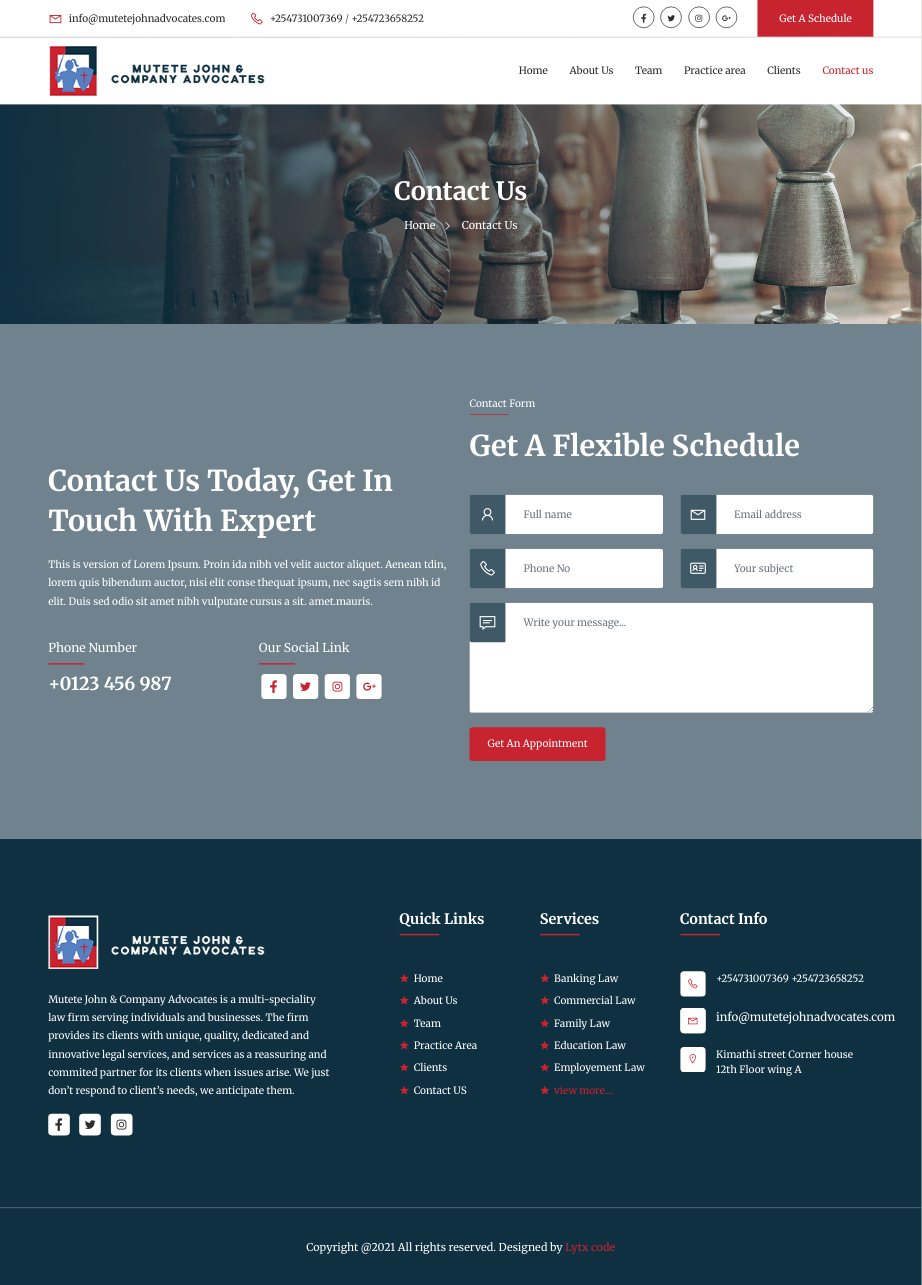
Repository: Samkiroko/mutete_john_website
Page: contact.html
An editor plug-in stored every save of this project. The page is shown before and after the next save, followed by the edit.
The browser window is 1280 px wide. The pictures show the whole page, at 72% of full size.

Above is the page before, as saved 2021-10-13 15:17:21.

After the next save:
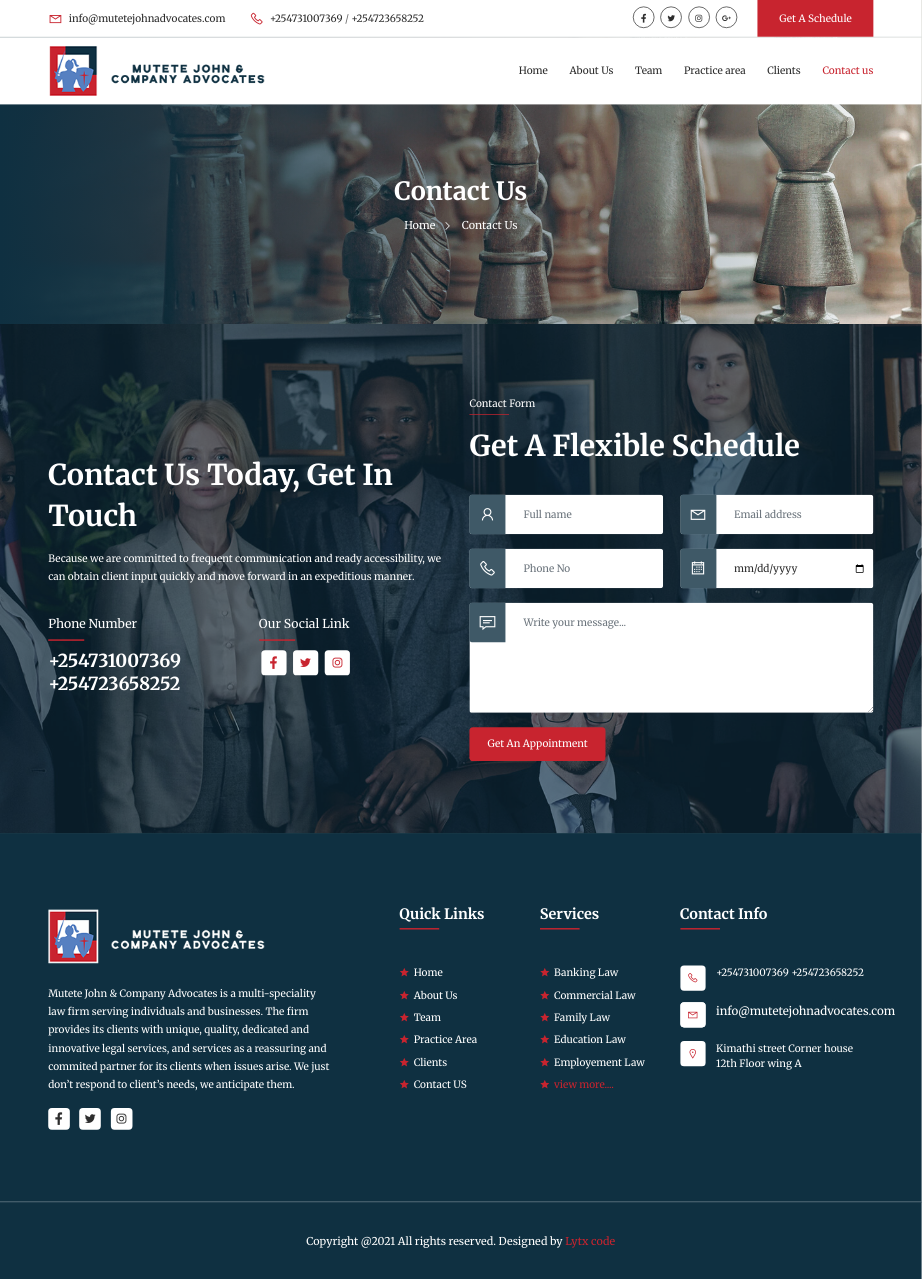
Saved 69 s later.
--- a/contact.html
+++ b/contact.html
@@ -156,22 +156,25 @@
         </div>
     </div>
 
-    <div class="contact-area contact-two ptb-100">
+    <div class="contact-area ptb-100">
         <div class="container">
             <div class="row align-items-center">
                 <div class="col-lg-6">
                     <div class="contact-text">
                         <div class="section-title">
-                            <h2>Contact Us Today, Get In Touch With Expert</h2>
+                            <h2>Contact Us Today, Get In Touch</h2>
                             <p>
-                                This is version of Lorem Ipsum. Proin ida nibh vel velit auctor aliquet. Aenean tdin, lorem quis bibendum auctor, nisi elit conse thequat ipsum, nec sagtis sem nibh id elit. Duis sed odio sit amet nibh vulputate cursus a sit. amet.mauris.
+                                Because we are committed to frequent communication and ready accessibility, we can obtain client input quickly and move forward in an expeditious manner.
                             </p>
                         </div>
                         <div class="row">
                             <div class="col-lg-6">
                                 <div class="contact-card">
                                     <span>Phone Number</span>
-                                    <h3><a href="tel:+0123456987">+0123 456 987</a></h3>
+                                    <h3>
+                                        <a href="tel:+254731007369">+254731007369</a>
+                                        <a href="tel:+254723658252"> +254723658252</a>
+                                    </h3>
                                 </div>
                             </div>
                             <div class="col-lg-6">
@@ -193,11 +196,6 @@
                                                 <i class="lab la-instagram"></i>
                                             </a>
                                         </li>
-                                        <li>
-                                            <a href="#" target="_blank">
-                                                <i class="lab la-google-plus"></i>
-                                            </a>
-                                        </li>
                                     </ul>
                                 </div>
                             </div>
@@ -210,47 +208,40 @@
                         <h2>Get A Flexible Schedule</h2>
                     </div>
                     <div class="contact-form">
-                        <form id="contactForm">
+                        <form>
                             <div class="row">
                                 <div class="col-md-6">
                                     <div class="form-group">
-                                        <input type="text" name="name" class="form-control" id="name" required data-error="Please enter your name" placeholder="Full name" />
-                                        <div class="help-block with-errors"></div>
+                                        <input type="text" name="name" class="form-control" id="name" required placeholder="Full name" />
                                         <i class="las la-user"></i>
                                     </div>
                                 </div>
                                 <div class="col-md-6">
                                     <div class="form-group">
-                                        <input type="email" name="email" class="form-control" id="email" required data-error="Please enter your email" placeholder="Email address" />
-                                        <div class="help-block with-errors"></div>
+                                        <input type="email" name="email" class="form-control" id="email" required placeholder="Email address" />
                                         <i class="las la-envelope"></i>
                                     </div>
                                 </div>
                                 <div class="col-md-6">
                                     <div class="form-group">
-                                        <input type="text" name="email" class="form-control" id="Phone" required data-error="Please enter your phone" placeholder="Phone No" />
-                                        <div class="help-block with-errors"></div>
+                                        <input type="text" name="email" class="form-control" id="Phone" required placeholder="Phone No" />
                                         <i class="las la-phone"></i>
                                     </div>
                                 </div>
                                 <div class="col-md-6">
                                     <div class="form-group">
-                                        <input type="text" name="email" class="form-control" id="subject" required data-error="Please enter your subject" placeholder="Your subject" />
-                                        <div class="help-block with-errors"></div>
-                                        <i class="las la-id-card"></i>
+                                        <input type="date" name="email" class="form-control" id="date" />
+                                        <i class="las la-calendar"></i>
                                     </div>
                                 </div>
                                 <div class="col-lg-12 col-md-12">
                                     <div class="form-group">
-                                        <textarea name="message" id="message" class="form-control" cols="30" rows="6" required data-error="Please enter your message" placeholder="Write your message..."></textarea>
-                                        <div class="help-block with-errors"></div>
+                                        <textarea name="message" id="message" class="form-control" cols="30" rows="6" required placeholder="Write your message..."></textarea>
                                         <i class="las la-sms"></i>
                                     </div>
                                 </div>
                                 <div class="col-lg-12 col-md-12">
                                     <button type="submit" class="default-btn-one">Get An Appointment</button>
-                                    <div id="msgSubmit" class="h3 text-center hidden"></div>
-                                    <div class="clearfix"></div>
                                 </div>
                             </div>
                         </form>
